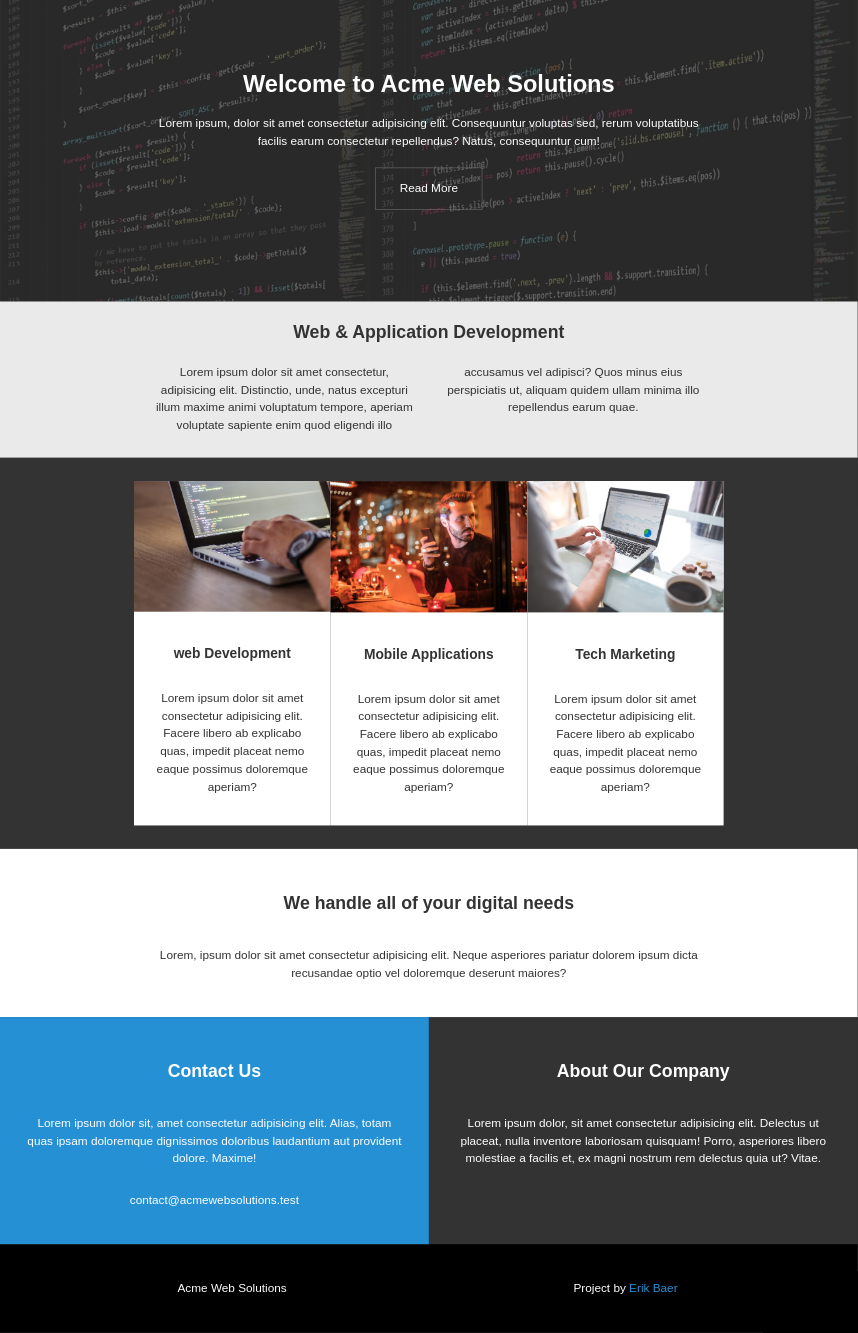
Repository: ErikBaer/MobileFirst
Page: index.html
An editor plug-in stored every save of this project. The page is shown before and after the next save, followed by the edit.
The browser window is 1280 px wide. The pictures show the whole page, at 67% of full size.

Above is the page before, as saved 2020-02-15 04:01:53.

### index.html
<!DOCTYPE html>
<html lang="en">
<head>
    <meta charset="UTF-8">
    <meta name="viewport" content="width=device-width, initial-scale=1.0">
    <link rel="stylesheet" type="text/css" href="style.css">
    <title>Acme Web Solutions</title>
</head>
<body>

<!--Header Showcase -->

   <header id="showcase" class="grid">
    <div class="bg-image"></div>
    <div class="content-wrap">
    <h1>Welcome to Acme Web Solutions</h1>
    <p>Lorem ipsum, dolor sit amet consectetur adipisicing elit.
         Consequuntur voluptas sed, rerum voluptatibus facilis
         earum consectetur repellendus? Natus, consequuntur cum!
        </p>
    <a href="#section-b" class="btn">Read More</a>
    </div>
</header>

<!-- Main Area -->

<main id="main">

    <!-- Section A -->

    <section id="section-a" class="grid">
        <div class="content-wrap">
            <h2 class="content-title">Web & Application Development</h2>
            <div class="content-text">
                <p>Lorem ipsum dolor sit amet consectetur, adipisicing elit.
                    Distinctio, unde, natus excepturi illum maxime animi
                    voluptatum tempore, aperiam voluptate sapiente enim quod
                    eligendi illo accusamus vel adipisci? Quos minus eius
                    perspiciatis ut, aliquam quidem ullam minima illo
                    repellendus earum quae.</p>
            </div>
        </div>
    </section>

    <!-- Section B -->

    <section id="section-b" class="grid">
        <ul>
            <li>
                <div class="card">
                    <img src="./Assets/Coding-Person.jpg" alt="">
                    <div class="card-content">
                        <h3 class="card-title">web Development</h3>
                        <p>Lorem ipsum dolor sit amet consectetur
                            adipisicing elit. Facere libero ab explicabo
                            quas, impedit placeat nemo eaque possimus
                            doloremque aperiam?</p>
                    </div>
                </div>
            </li>
            <li>
                <div class="card">
                    <img src="./Assets/mobile-man.jpg" alt="">
                    <div class="card-content">
                        <h3 class="card-title">Mobile Applications</h3>
                        <p>Lorem ipsum dolor sit amet consectetur
                            adipisicing elit. Facere libero ab explicabo
                            quas, impedit placeat nemo eaque possimus
                            doloremque aperiam?</p>
                    </div>
                </div>
            </li>
            <li>
                <div class="card">
                    <img src="./Assets/charts.jpg" alt="">
                    <div class="card-content">
                        <h3 class="card-title">Tech Marketing</h3>
                        <p>Lorem ipsum dolor sit amet consectetur
                            adipisicing elit. Facere libero ab explicabo
                            quas, impedit placeat nemo eaque possimus
                            doloremque aperiam?</p>
                    </div>
                </div>
            </li>
        </ul>
    </section>

    <!-- Section C -->
    <section id="section-c" class="grid">
        <div class="content-wrap">
            <h2 class="content-title"> We handle all of your digital needs</h2>
            <p>Lorem, ipsum dolor sit amet consectetur adipisicing elit.
                Neque asperiores pariatur dolorem ipsum dicta recusandae
                 optio vel doloremque deserunt maiores?</p>
        </div>
    </section>

    <!-- Section D -->

    <section id="section-d" class="grid">
        <div class="box">
            <h2 class="content-title">Contact Us</h2>
            <p>Lorem ipsum dolor sit, amet consectetur adipisicing elit.
                 Alias, totam quas ipsam doloremque dignissimos doloribus
                 laudantium aut provident dolore. Maxime!</p>
            <p>contact@acmewebsolutions.test</p>
        </div>
        <div class="box">
            <h2 class="content-title">About Our Company</h2>
            <p>Lorem ipsum dolor, sit amet consectetur adipisicing elit.
                Delectus ut placeat, nulla inventore laboriosam quisquam!
                Porro, asperiores libero molestiae a facilis et, ex magni
                 nostrum rem delectus quia ut? Vitae.</p>
        </div>
    </section>
</main>

<!-- Footer -->

<footer id="main-footer" class="grid">
    <div>Acme Web Solutions</div>
    <div>Project by <a href="www.baerdata.de" target="blank">Erik Baer</a></div>
</footer>

</body>
</html>

### style.css
body {
    margin: 0;
    font-family: Arial, Helvetica, sans-serif;
    background-color: #333;
    color: white;
    font-size:1.1em;
    line-height: 1.5;
    text-align: center;
}

img {
    display:block;
    width:100%;
    height: auto;
}

h1, h2, h3 {
    margin:0;
    padding: 1em 0;
}

p {
    margin: 0;
    padding: 1em 0;
}

.btn {
    display: inline-block;
    background: 333;
    color: white;
    text-decoration: none;
    padding: 1em 2em;
    border: 1px solid #666;
    margin: .5em 0
}

.btn:hover {
  background: #eaeaea;
  color: #333;
}

/* Header Showcase */

#showcase {
    min-height: 450px;
    color: #fff;
    text-align: center;
}

#showcase .bg-image {
    position: absolute;
    background: #333 url(/Assets/code.jpg);
    background-position: center;
    background-repeat: no-repeat;
    background-size: cover;
    width: 100%;
    height: 450px;
    z-index: -1;
    opacity: 0.4;
}

#showcase h1 {
    padding-top: 100px;
    padding-bottom: 0;
}

#showcase .content-wrap,
#section-a .content-wrap {
    padding: 0 1.5em;
}


/* Section A */

#section-a {
    background: #eaeaea;
    color: #333;
    padding-bottom: 2em;
}


/* Section B */

#section-b {
    padding: 2em 1em 1em;
}

#section-b ul {
    list-style:none;
    margin:0;
    padding:0;
}

#section-b li {
    margin-bottom: 1em;
    background: #fff;
    color: #333;

}

.card-content {
    padding: 1.5em;
}

/* Section c */

#section-c {
    background: #fff;
    color: #333;
    padding: 2em;
}

/* Section D / Boxes */

#section-d .box {
    padding: 2em;
    color: #fff;
}

#section-d .box:first-child {
    background: #2690d4;
}

/* Footer */

#main-footer {
    padding: 3em;
    background: #000;
    color: white;
    text-align: center;
}

#main-footer a {
    color: #2690d4;
    text-decoration: none;
}

/* Media Queries */

@media(min-width: 700px) {
    .grid {
        display: grid;
        grid-template-columns: 1fr repeat(2, minmax(auto, 25em))1fr;
    }

    #section-a .content-text {
        columns: 2;
        column-gap: 2em;
    }

    #section-a .content-text p {
        padding-top: 0;
    }

    .content-wrap,
     #section-b ul {
         grid-column: 2/4;
     }

     .box, #main-footer div {
         grid-column: span 2;
     }

     #section-b ul {
         display:flex;
     }

     #section-b li {
         width: 35%;
     }
}

After the next save:
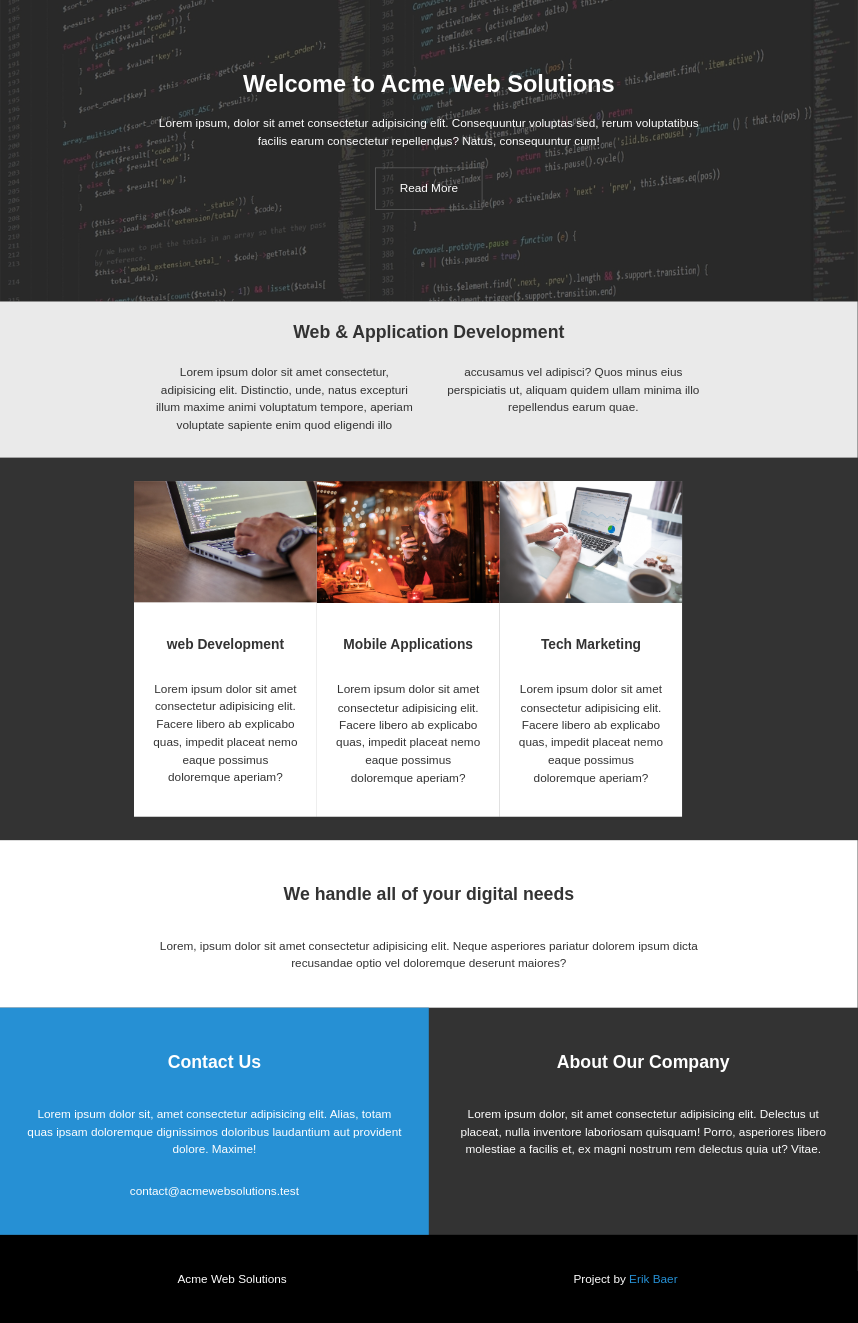
Saved 4 s later.
--- a/style.css
+++ b/style.css
@@ -166,6 +166,6 @@ p {
      }
 
      #section-b li {
-         width: 35%;
+         width: 31%;
      }
 }
